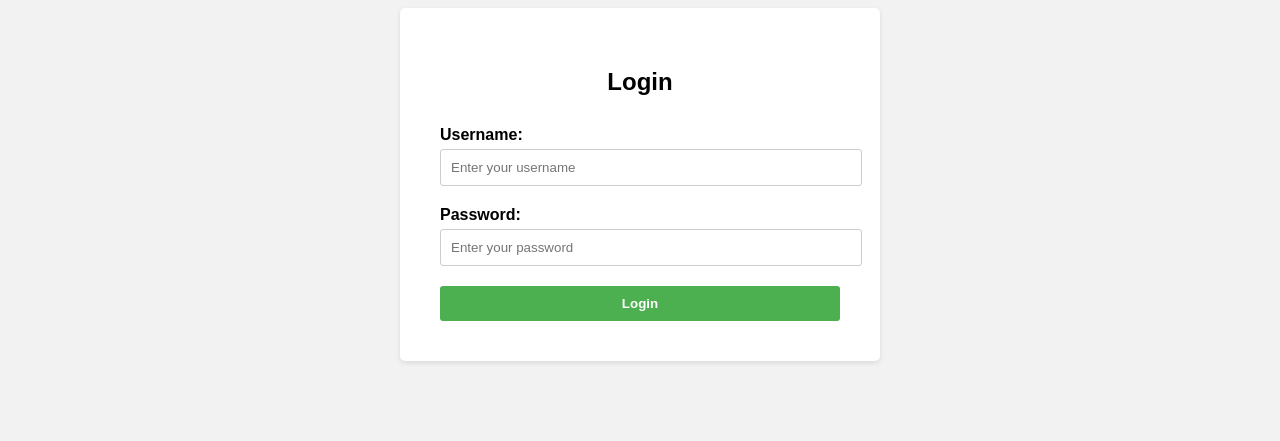
Repository: SHR-sky/EmbeddedSystem
Page: WebServer/HTML/login.html
The author's editor kept a copy of each file at every save. The page is drawn from the files as they stood at one save, then again after the next save.
The browser window is 1280 px wide. The pictures show the whole page.

Above is the page before, as saved 2024-07-06 18:22:55.

After the next save:
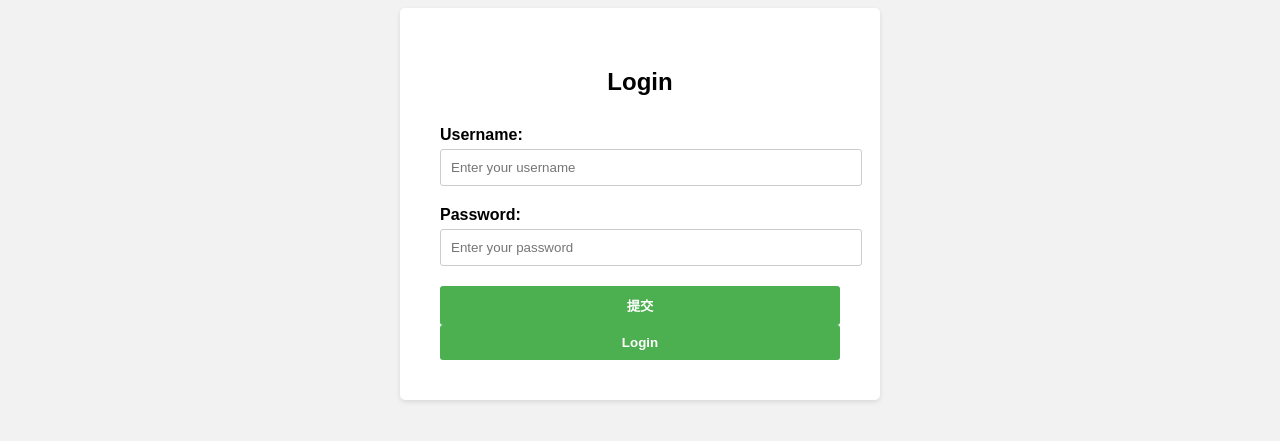
Saved 12 min 3 s later.
--- a/WebServer/HTML/login.html
+++ b/WebServer/HTML/login.html
@@ -77,6 +77,7 @@
             placeholder="Enter your password"
           />
         </div>
+        <input class="btn" type="submit" value="提交" />
         <button class="btn" type="submit">Login</button>
       </form>
     </div>
